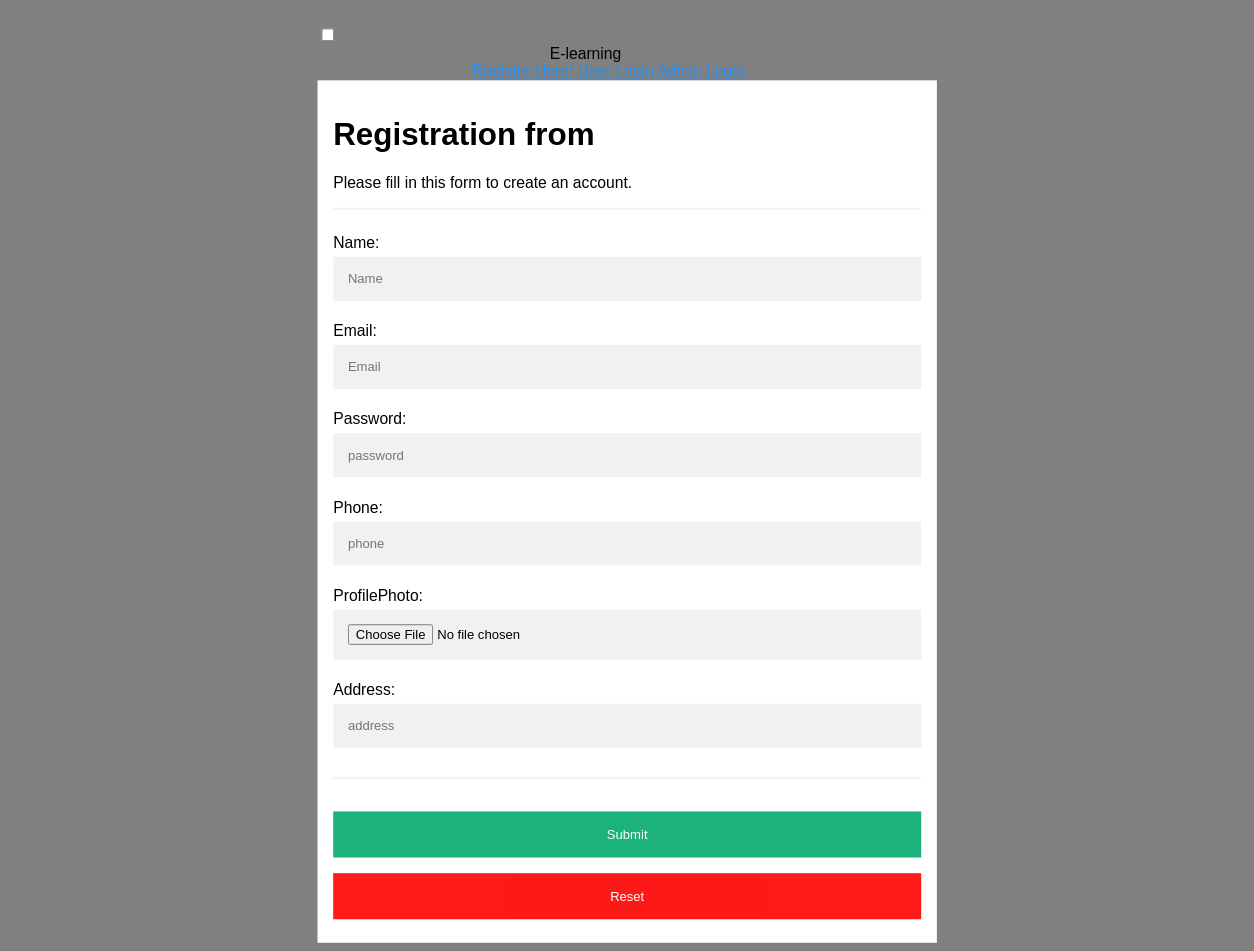
Repository: hemanthchallacs/learning_spring_boot
Page: http://localhost/RegistrationForm
These files come from the project's save history. The page is drawn as it stood at one moment and after the next save; the edit follows.
The browser window is 1280 px wide. The pictures show the whole page, at 98% of full size.
The page is this project's Thymeleaf template; nobody is signed in. The template is opened directly, without the code that normally fills it, so the values that code supplies are empty.

Above is the page before, as saved 2021-07-12 18:18:48.

After the next save:
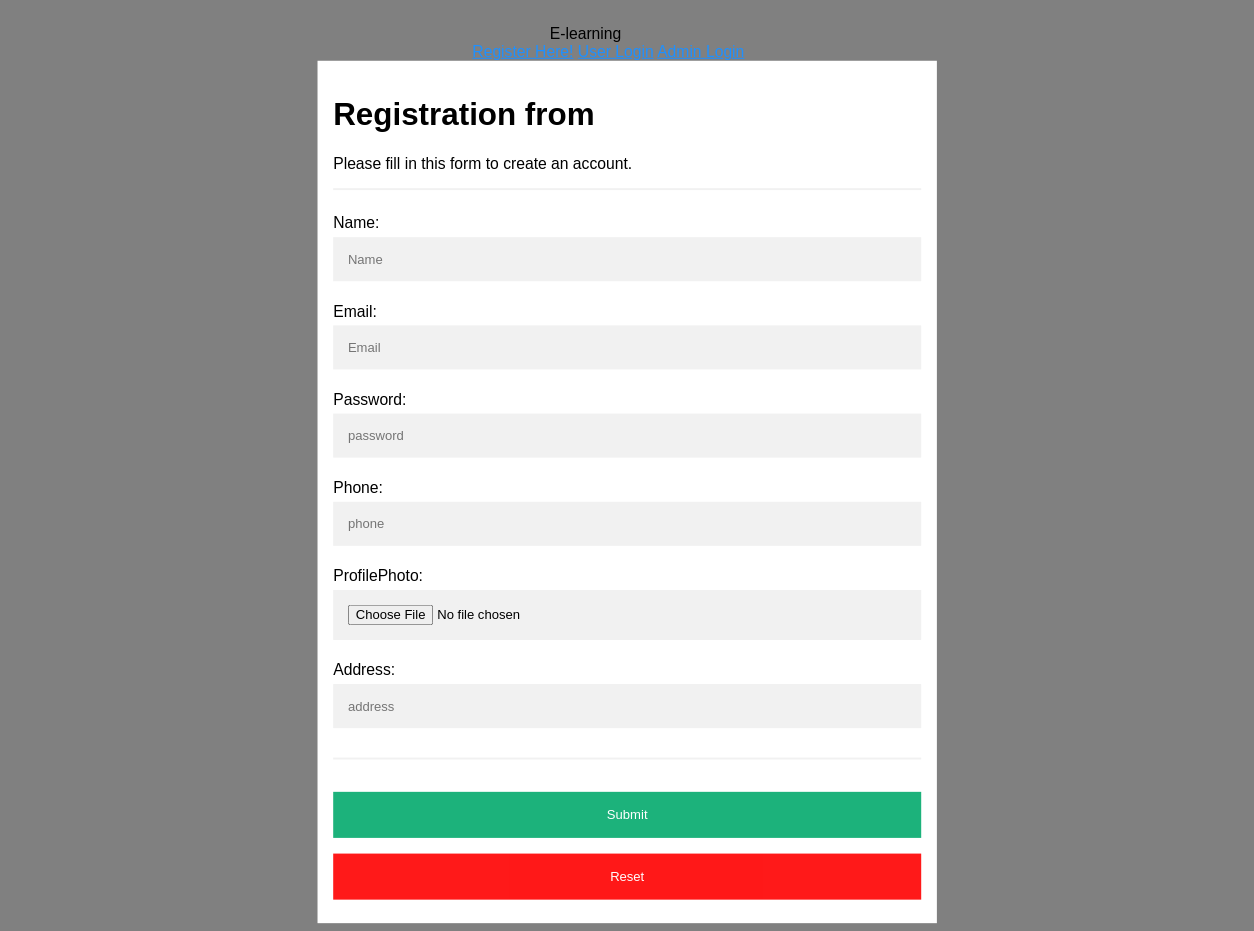
Saved 30 s later.
--- a/ver1_elearning/src/main/resources/templates/RegistrationForm.html
+++ b/ver1_elearning/src/main/resources/templates/RegistrationForm.html
@@ -102,7 +102,7 @@ a {
 <br>
 
 <div class="nav">
-  <input type="checkbox" id="nav-check">
+
   <div class="nav-header">
     <div class="nav-title">
       E-learning
